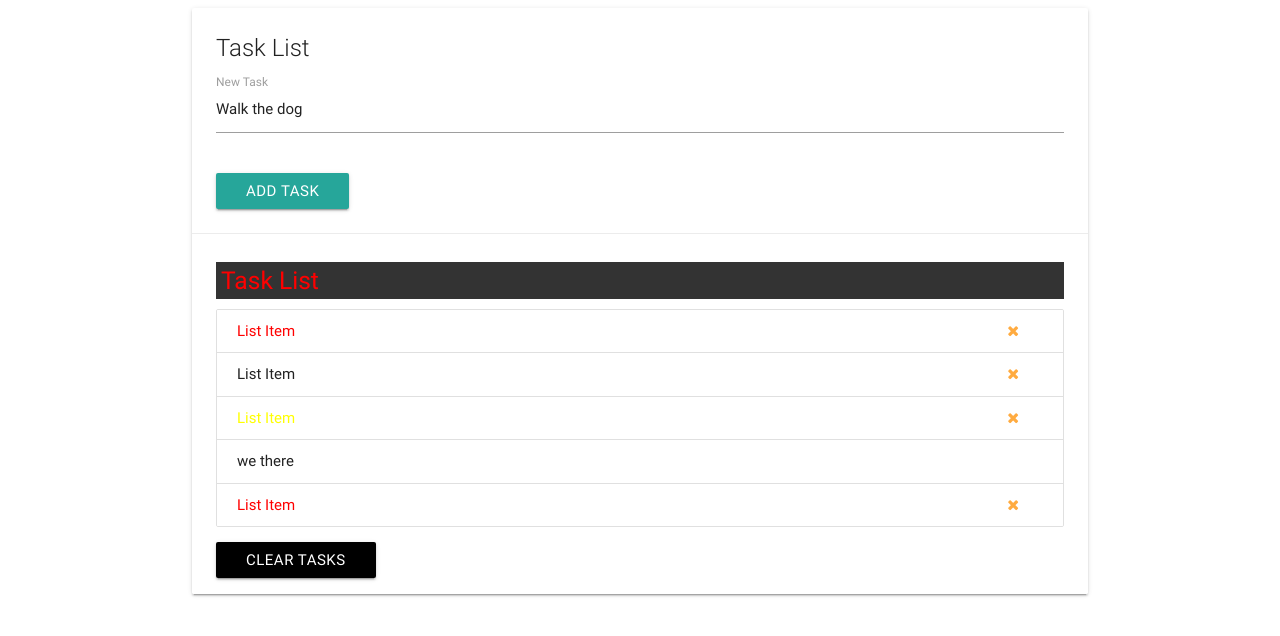
Repository: brianokanga/modern-javascript
Page: Section 3/index.html
These files come from the project's save history. The page is drawn as it stood at one moment and after the next save; the edit follows.
The browser window is 1280 px wide. The pictures show the whole page.
Some web libraries are served in a nearby version.

Above is the page before, as saved 2020-04-03 02:24:53.

### Section 3/index.html
<!DOCTYPE html>
<html lang="en">

<head>
  <meta charset="UTF-8">
  <meta name="viewport" content="width=device-width, initial-scale=1.0">
  <meta http-equiv="X-UA-Compatible" content="ie=edge">
  <link rel="stylesheet" href="https://cdnjs.cloudflare.com/ajax/libs/materialize/0.100.2/css/materialize.min.css">
  <link href="https://maxcdn.bootstrapcdn.com/font-awesome/4.7.0/css/font-awesome.min.css" rel="stylesheet" integrity="sha384-wvfXpqpZZVQGK6TAh5PVlGOfQNHSoD2xbE+QkPxCAFlNEevoEH3Sl0sibVcOQVnN"
    crossorigin="anonymous">
  <title>Task List</title>
</head>

<body>
  <div class="container">
    <div class="row">
      <div class="col s12">
        <div id="main" class="card">
          <div class="card-content">
            <span class="card-title">Task List</span>
            <div class="row">
              <form id="task-form">
                <div class="input-field col s12">
                  <input type="text" name="task" id="task" value="Walk the dog">
                  <label for="task">New Task</label>
                </div>
            </div>
            <input type="submit" value="Add Task" class="btn">
            </form>
          </div>
          <div class="card-action">
            <h5 id="task-title">Tasks</h5>
            <ul class="collection">
              <li class="collection-item">
                List Item
                <a href="#" class="delete-item secondary-content">
                  <i class="fa fa-remove"></i>
                </a>
              </li>
              <li class="collection-item">
                List Item
                <a href="#" class="delete-item secondary-content">
                  <i class="fa fa-remove"></i>
                </a>
              </li>
              <li class="collection-item">
                List Item
                <a href="#" class="delete-item secondary-content">
                  <i class="fa fa-remove"></i>
                </a>
              </li>
              <li class="collection-item">
                List Item
                <a href="#" class="delete-item secondary-content">
                  <i class="fa fa-remove"></i>
                </a>
              </li>
              <li class="collection-item">
                List Item
                <a href="#" class="delete-item secondary-content">
                  <i class="fa fa-remove"></i>
                </a>
              </li>
            </ul>
            <a class="clear-tasks btn black" href="">Clear Tasks</a>
          </div>
        </div>
      </div>
    </div>
  </div>
  <script src="https://code.jquery.com/jquery-3.2.1.js" integrity="sha256-DZAnKJ/6XZ9si04Hgrsxu/8s717jcIzLy3oi35EouyE=" crossorigin="anonymous"></script>
  <script src="https://cdnjs.cloudflare.com/ajax/libs/materialize/0.100.2/js/materialize.min.js"></script>
  <script src="app.js"></script>
</body>

</html>

### Section 3/app.js
let val ;
val = document;
val = document.all;
val = document.all[2];
val = document.all.length;
val = document.head;
val = document.body;
val = document.domain;
val = document.URL;
val = document.characterSet;
val = document.contentType;

val = document.forms;
val = document.forms[0];
val = document.forms[0].id;
val = document.forms[0].method;
val = document.forms[0].action;



val = document.links;
val = document.links[0];
val = document.links[0].id;
val = document.links[0].className;
val = document.links[0].classList[0];

val = document.images;

val = document.scripts;
val = document.scripts[2].getAttribute('src');


let scripts = document.scripts;

let scriptsArr = Array.from(scripts);

scriptsArr.forEach(function(script){
    console.log(scripts);
})

// console.log(val);

//JS SELECTORS

//1. getElementById
//console.log(document.getElementById('task-title'));
// console.log(document.getElementById('task-title').id);
// console.log(document.getElementById('task-title').className);

const taskTitle = document.getElementById('task-title');

//change styling
taskTitle.style.background = '#333';
taskTitle.style.color = '#fff';
taskTitle.style.padding = '5px';

// change the content
taskTitle.textContent = 'Task lists';
taskTitle.innerText = 'My Tasks';
taskTitle.innerHTML = '<span style="color: red">Task List</span>';

//2. Document.querySelector()
console.log(document.querySelector('#task-title'));
console.log(document.querySelector('.card-title'));

document.querySelector('li').style.color = 'red';
document.querySelector('li:last-child').style.color = 'red';
document.querySelector('li:nth-child(3)').style.color = 'yellow';
document.querySelector('li:nth-child(4)').textContent = 'we there';
document.querySelector('li:nth-child(odd)').style.background = 'ccc';

After the next save:
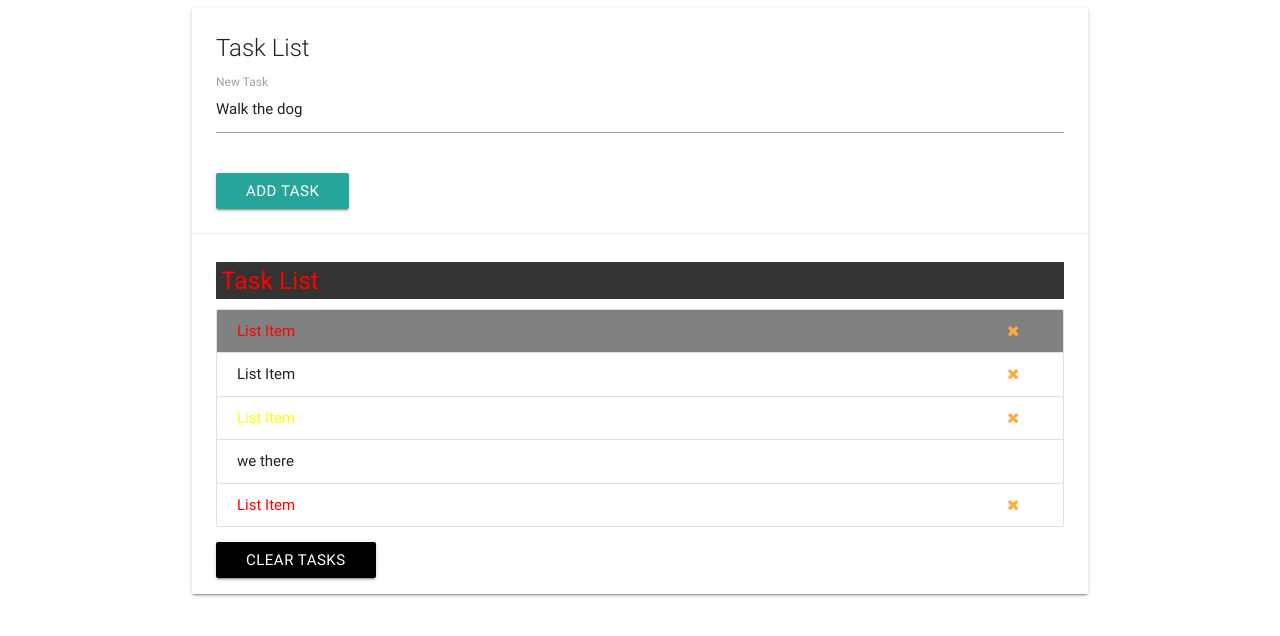
Saved 12 s later.
--- a/Section 3/app.js
+++ b/Section 3/app.js
@@ -67,4 +67,4 @@ document.querySelector('li').style.color = 'red';
 document.querySelector('li:last-child').style.color = 'red';
 document.querySelector('li:nth-child(3)').style.color = 'yellow';
 document.querySelector('li:nth-child(4)').textContent = 'we there';
-document.querySelector('li:nth-child(odd)').style.background = 'ccc';
+document.querySelector('li:nth-child(odd)').style.background = 'gray';
